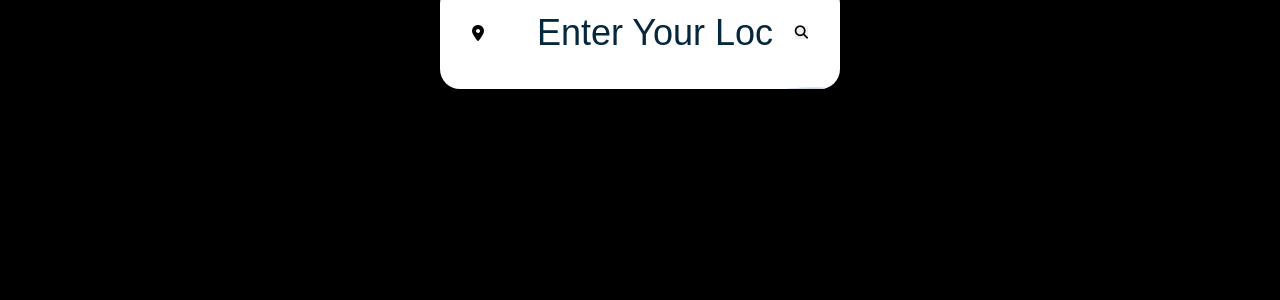
Repository: Pr1s0n3r627/weather
Page: index.html
The author's editor kept a copy of each file at every save. The page is drawn from the files as they stood at one save, then again after the next save.
The browser window is 1280 px wide. The pictures show the whole page.
Some web libraries are served in a nearby version.

Above is the page before, as saved 2024-05-18 23:01:53.
Not found: index.js

After the next save:
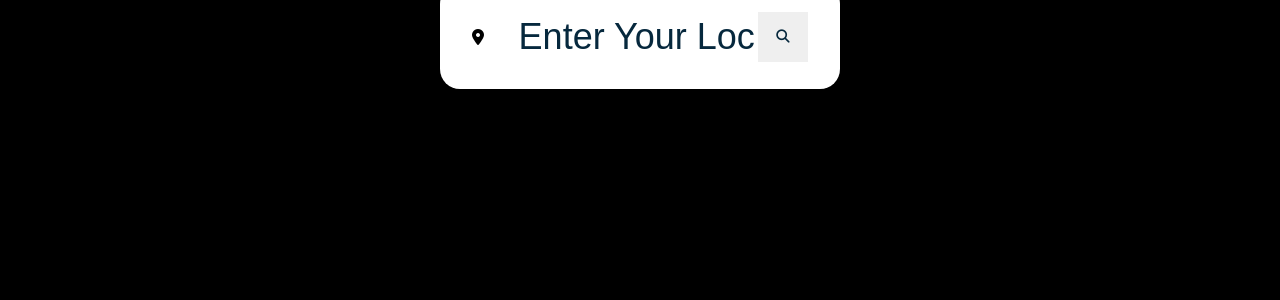
Saved 69 s later.
--- a/style.css
+++ b/style.css
@@ -52,4 +52,7 @@ body{
 
 .search-box button{
     cursor: pointer;
+    width: 50px;
+    height: 50px;
+    color: #06283d;
 }
